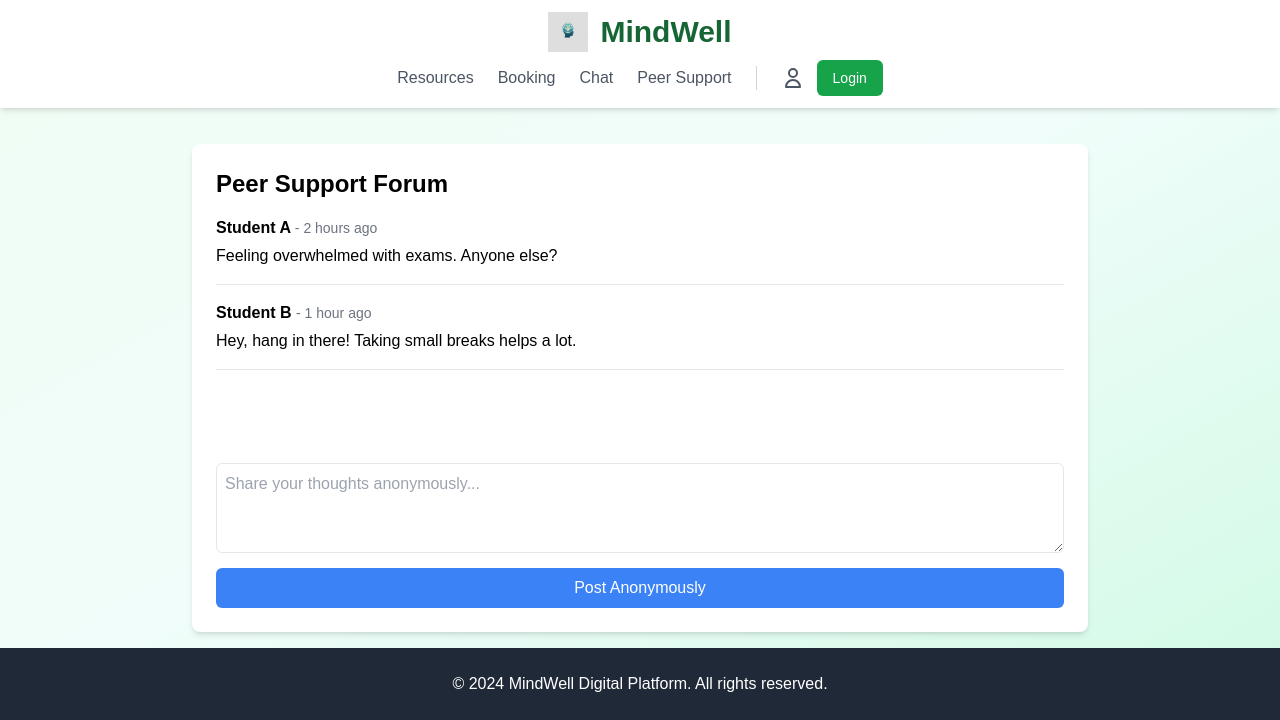
Repository: alokse24b01025/mentalhealth-project-sih-
Page: /peer-support (app in p1/)
These files come from the project's save history. The page is drawn as it stood at one moment and after the next save; the edit follows.
The browser window is 1280 px wide. The pictures show the whole page.
The project was rebuilt for these pictures with package versions that can differ from the ones it lists, and the page was loaded fresh each time. Also part of the build but not shown: p1/vite.config.js, p1/src/pages/HomePage.jsx, p1/src/components/Chatbot.jsx, p1/src/pages/ChatPage.jsx, p1/src/components/ResourceCard.jsx, p1/src/data/mockResources.js, p1/src/pages/ResourcesPage.jsx, p1/src/components/CounselorCard.jsx and 4 more.

Above is the page before, as saved 2025-09-10 12:12:20.

After the next save:
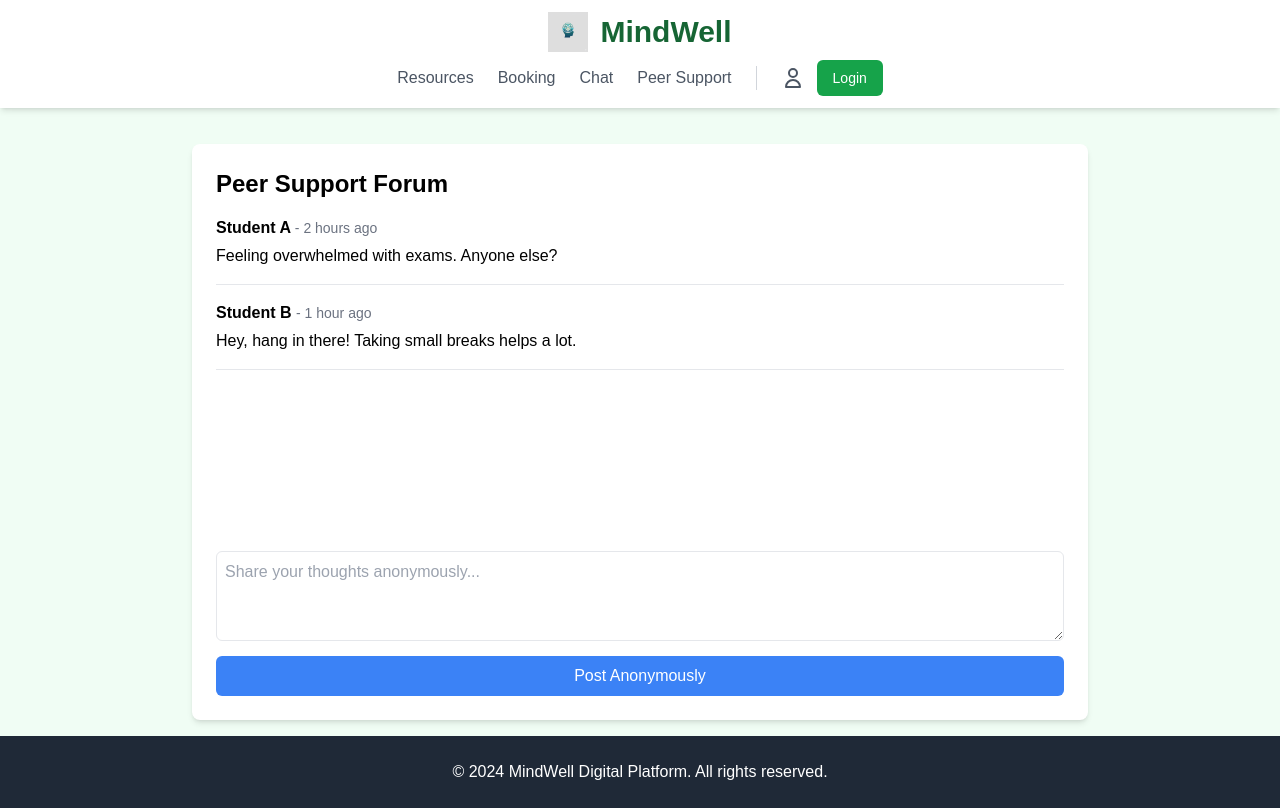
Saved 4 min 25 s later.
--- a/p1/src/pages/PeerSupportPage.jsx
+++ b/p1/src/pages/PeerSupportPage.jsx
@@ -5,17 +5,17 @@
 
 const PeerSupportPage = () => {
   return (
-    // This creates a full-height, vertical layout for the entire page
-    <div className="h-screen flex flex-col bg-gradient-to-br from-green-50 via-teal-50 to-emerald-100">
+    // The background is now a solid, light green color
+    <div className="min-h-screen flex flex-col bg-green-50">
       <Header />
 
-      {/* This main section takes up all remaining space and centers its content */}
-      <main className="flex-1 w-full flex flex-col items-center p-4 pt-36 overflow-hidden">
+      {/* This main section centers the content card both vertically and horizontally */}
+      <main className="flex-1 w-full flex justify-center items-center p-4 pt-36 overflow-y-auto">
 
-        {/* This container holds the Peer Support UI and fills the main area without overflowing */}
-        <div className="w-full max-w-4xl flex-1 flex flex-col min-h-0">
+        {/* This container defines the size of the centered card */}
+        <div className="w-full max-w-4xl h-[80vh] flex flex-col">
 
-          {/* The PeerSupport component will now be fully visible and fill the available space */}
+          {/* The PeerSupport component is fully visible and fills this container */}
           <PeerSupport />
 
         </div>

After the save that followed:
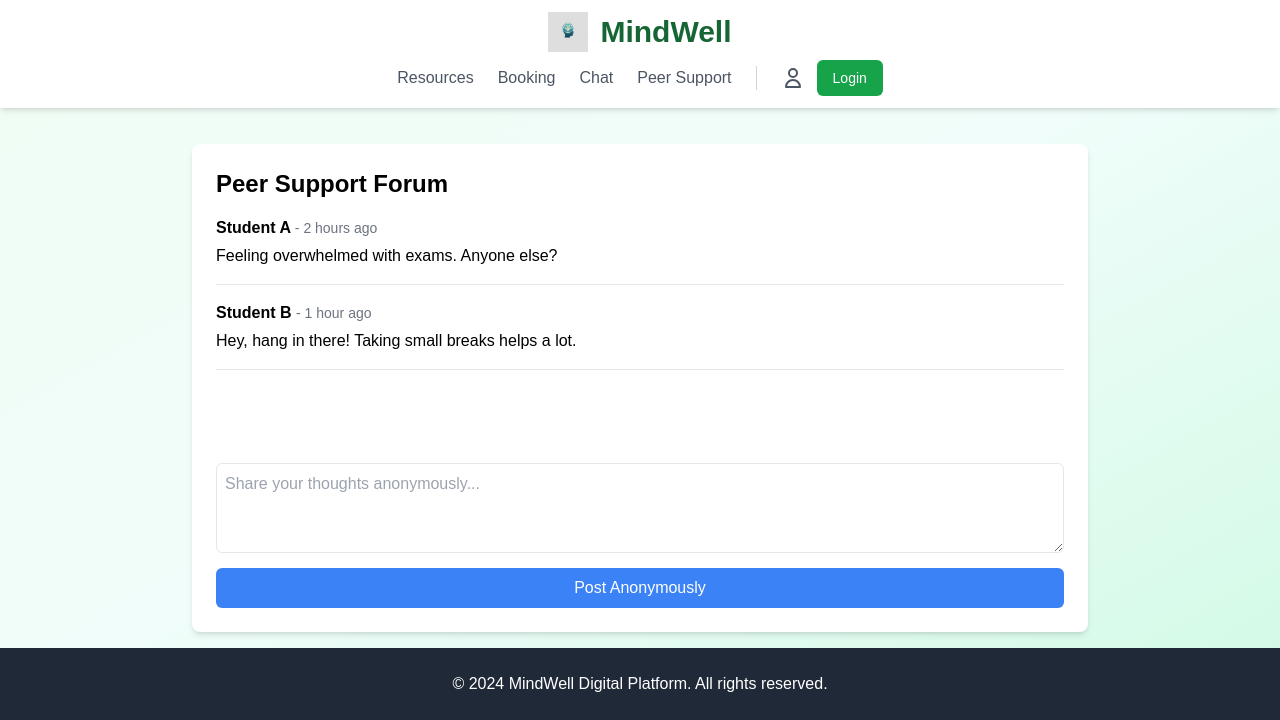
Saved 21 s later.
--- a/p1/src/pages/PeerSupportPage.jsx
+++ b/p1/src/pages/PeerSupportPage.jsx
@@ -5,17 +5,17 @@
 
 const PeerSupportPage = () => {
   return (
-    // The background is now a solid, light green color
-    <div className="min-h-screen flex flex-col bg-green-50">
+    // This creates a full-height, vertical layout for the entire page
+    <div className="h-screen flex flex-col bg-gradient-to-br from-green-50 via-teal-50 to-emerald-100">
       <Header />
 
-      {/* This main section centers the content card both vertically and horizontally */}
-      <main className="flex-1 w-full flex justify-center items-center p-4 pt-36 overflow-y-auto">
+      {/* This main section takes up all remaining space and centers its content */}
+      <main className="flex-1 w-full flex flex-col items-center p-4 pt-36 overflow-hidden">
 
-        {/* This container defines the size of the centered card */}
-        <div className="w-full max-w-4xl h-[80vh] flex flex-col">
+        {/* This container holds the Peer Support UI and fills the main area without overflowing */}
+        <div className="w-full max-w-4xl flex-1 flex flex-col min-h-0">
 
-          {/* The PeerSupport component is fully visible and fills this container */}
+          {/* The PeerSupport component will now be fully visible and fill the available space */}
           <PeerSupport />
 
         </div>
